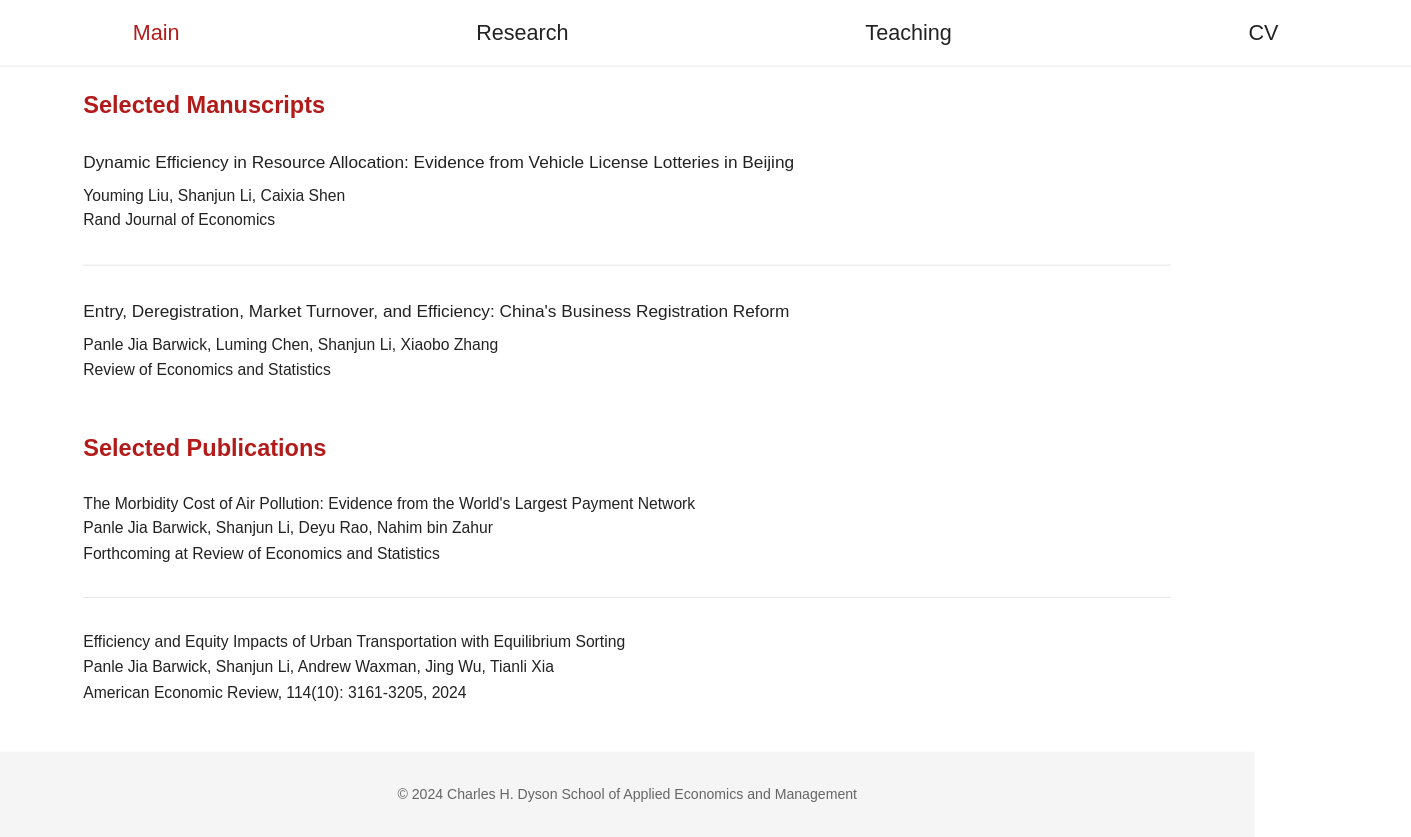
Repository: huang-heavenly-Emperor/k1_project
Page: index.html
These files come from the project's save history. The page is drawn as it stood at one moment and after a run of saves; the edit follows.
The browser window is 1280 px wide. The page is 1440 px wide, so the pictures cover 1440 px, including what lies to the right of the window. The pictures show the whole page, at 98% of full size.

Above is the page before, as saved 2024-11-17 15:12:12.

After the next 2 saves:
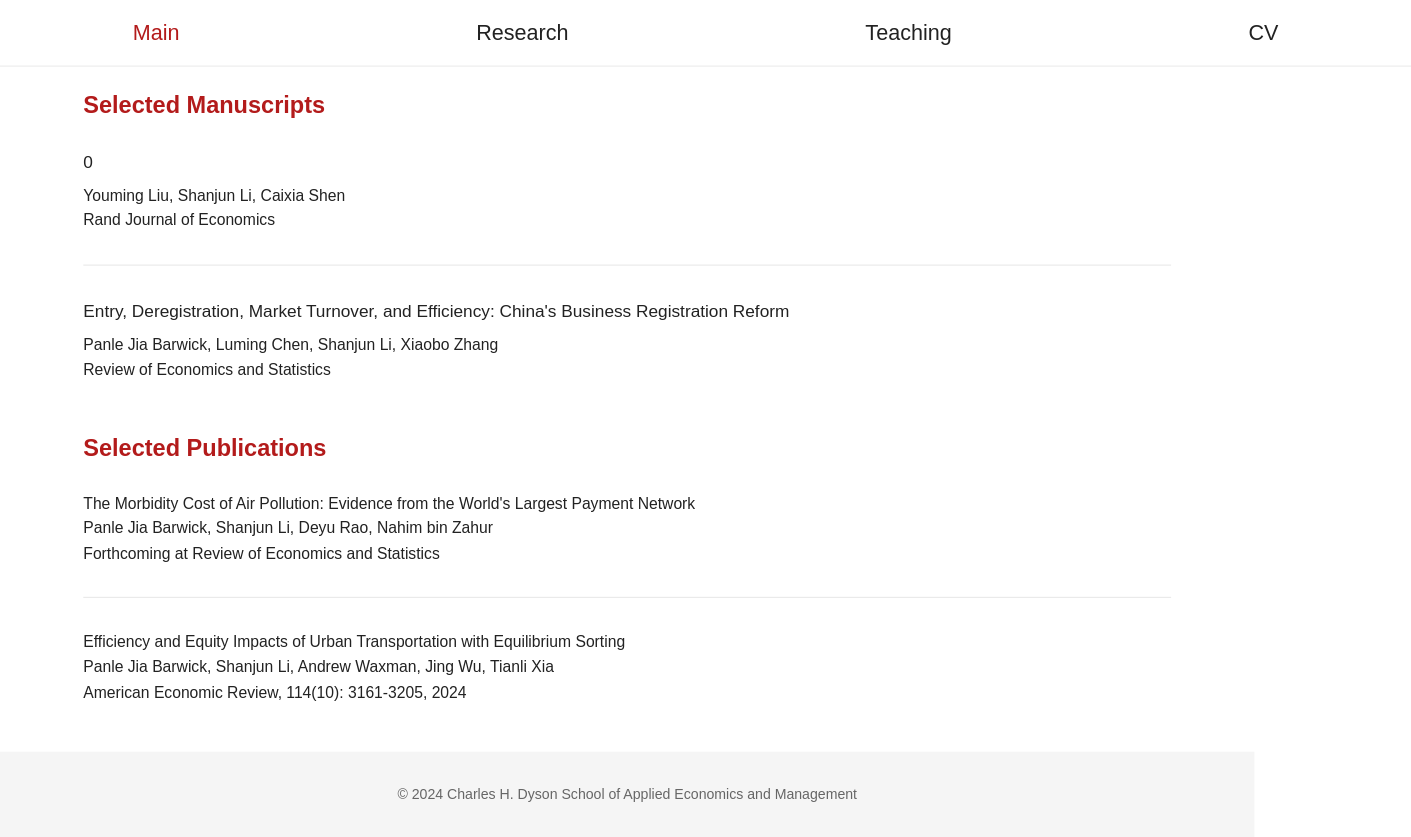
The 2 saves are shown as one change because they came seconds apart.
The last was saved 6 s later.
--- a/index.html
+++ b/index.html
@@ -29,8 +29,7 @@
             <h2>Selected Manuscripts</h2>
             <ul>
                 <li>
-                    <p class="manuscript-title">Dynamic Efficiency in Resource Allocation: Evidence from Vehicle License
-                        Lotteries in Beijing</p>
+                    <p class="manuscript-title">0</p>
                     <p class="manuscript-authors">Youming Liu, Shanjun Li, Caixia Shen</p>
                     <p class="manuscript-journal">Rand Journal of Economics</p>
                     <!-- <p class="manuscript-title">Dynamic Efficiency in Resource Allocation: Evidence from Vehicle License
